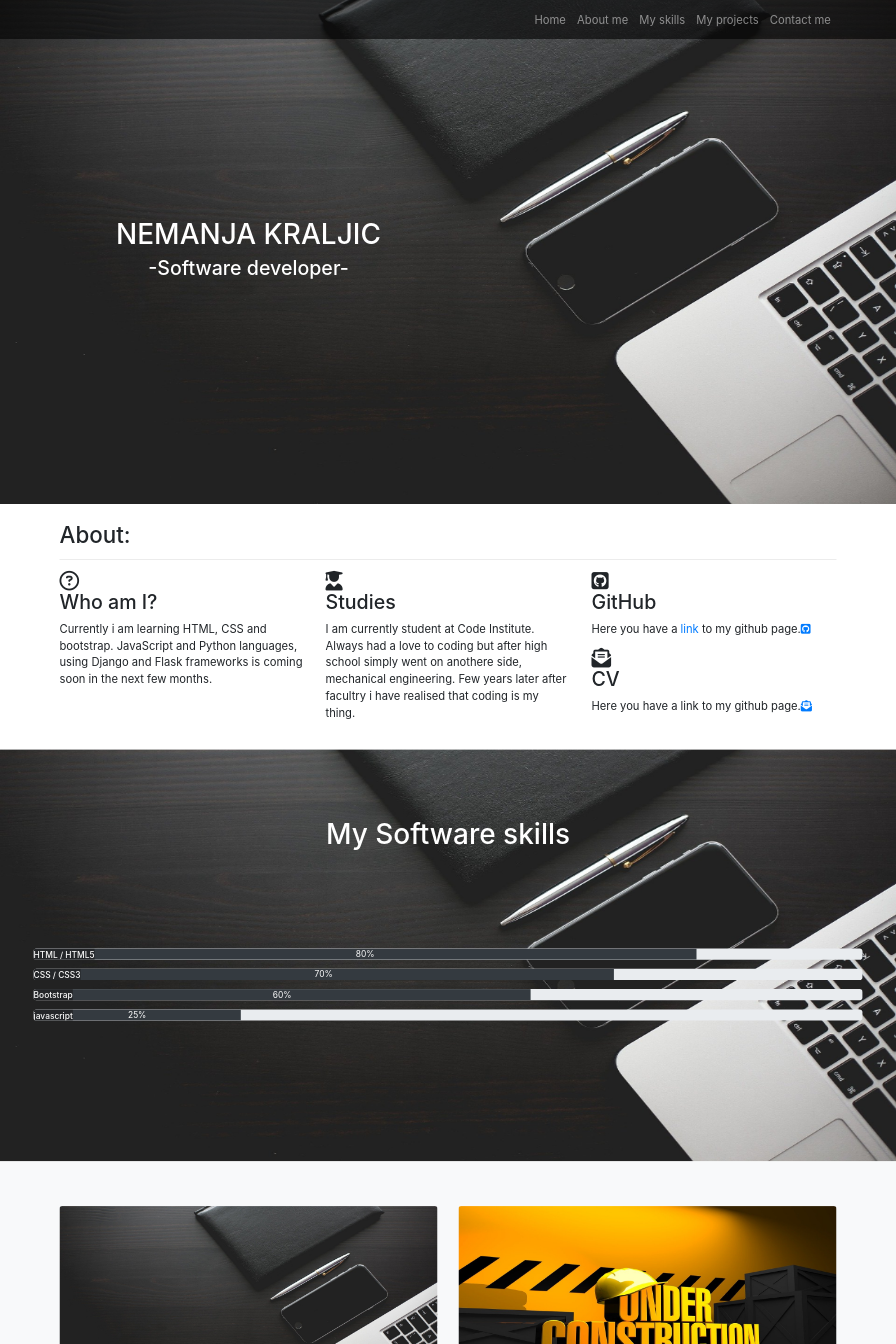
Repository: Kraljiccar/User-Centric-Frontend-Development-Milestone-Project
Page: index.html
The author's editor kept a record of every edit. The page is drawn from the files as they stood at one moment, then again after the next edit.
The browser window is 1280 px wide. The pictures show the part of the page from y = 0 to 1920 px (the page is 3403 px tall), at 70% of full size.
Backgrounds fixed to the window are drawn as part of the page. Some web fonts or font styles are not loaded; a fallback is used. Some web libraries are served in a nearby version.

Above is the page before.

After the next edit:
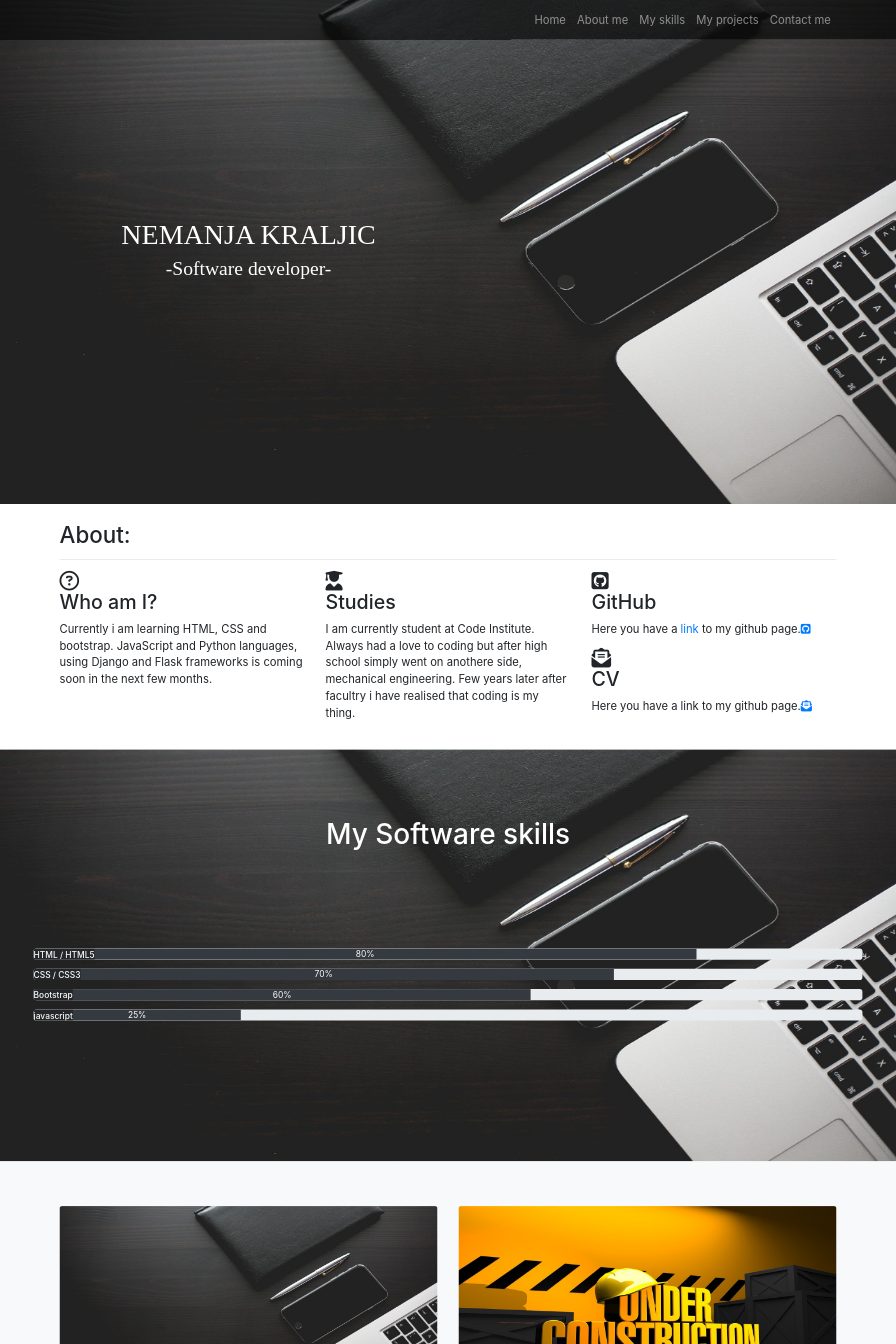
The edit:
--- a/index.html
+++ b/index.html
@@ -48,8 +48,8 @@
         <div class="container">
             <div class="row max-viewport align-items-center text-center">
                 <div class="col-md-6 ">
-                    <h1 class="text-white text-uppercase">Nemanja Kraljic</h1>
-                    <h3 class="text-white">-Software developer-</h2>
+                    <h1 class="text-white text-uppercase fonts">Nemanja Kraljic</h1>
+                    <h3 class="text-white fonts">-Software developer-</h2>
 
                 </div>
             </div>
